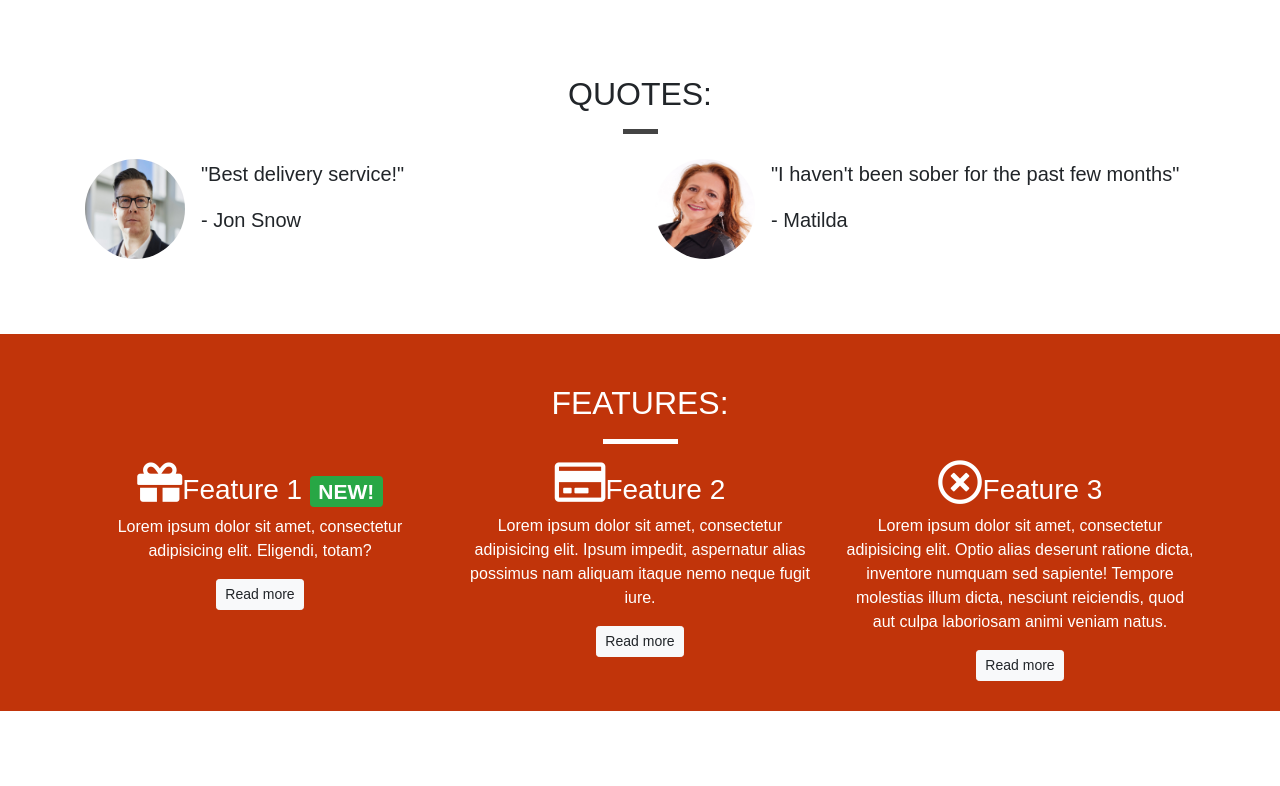
Repository: mkuti/Whiskey_website_using_Bootstrap
Page: index.html
The author's editor kept a record of every edit. The page is drawn from the files as they stood at one moment, then again after the next edit.
The browser window is 1280 px wide. The pictures show the part of the page from y = 720 to 1506 px (the page is 1506 px tall).
Backgrounds fixed to the window are drawn as part of the page. Some web fonts or font styles are not loaded; a fallback is used. Some web libraries are served in a nearby version.

Above is the page before.

After the next edit:
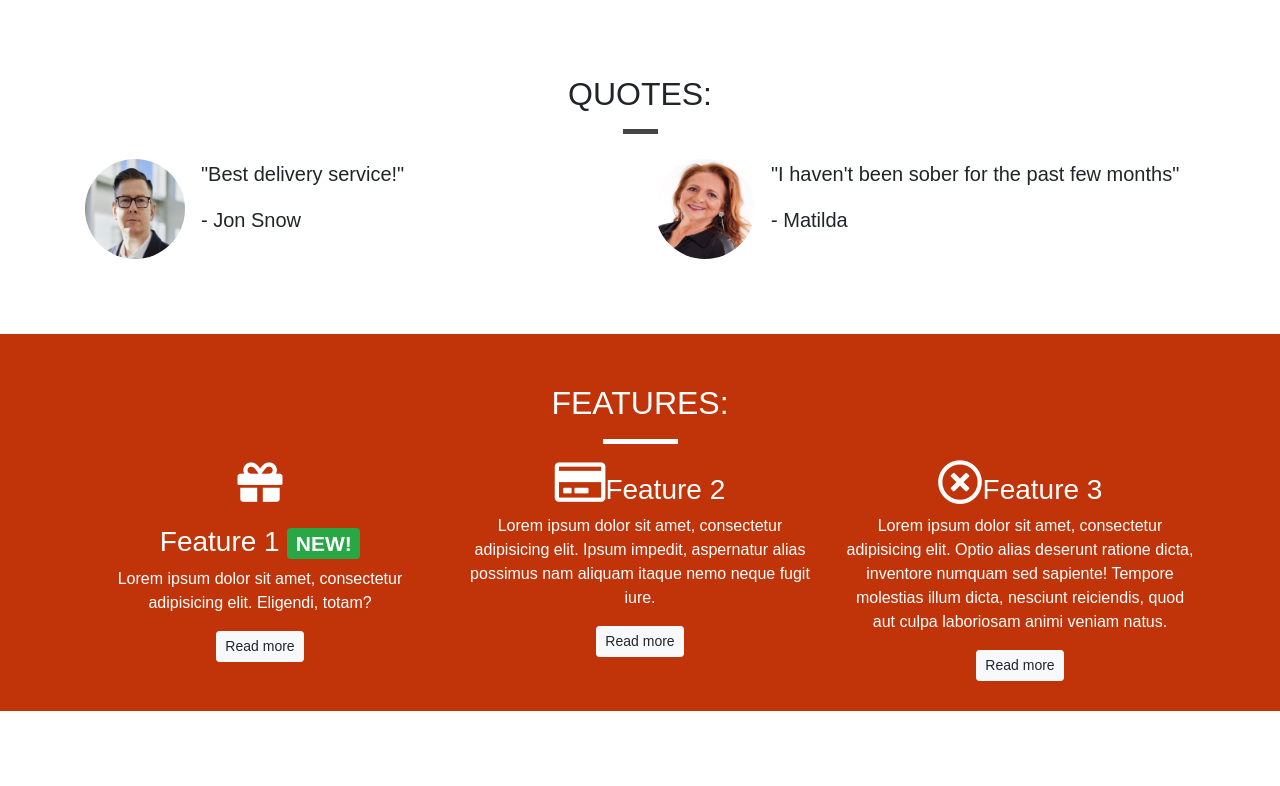
The edit:
--- a/index.html
+++ b/index.html
@@ -131,7 +131,7 @@
                 <div class="row">
                     <div class="col-12 col-md-6 col-lg-4">
                         <div class="feature">
-                            <h3><i class="fas fa-gift d-none d-sm-inline"></i>Feature 1 <span class="badge badge-success">NEW!</span></h3>
+                            <h3><i class="fas fa-gift d-none d-sm-block"></i>Feature 1 <span class="badge badge-success">NEW!</span></h3>
                             <p>Lorem ipsum dolor sit amet, consectetur adipisicing elit. Eligendi, totam?</p>
                             <p><a class="btn btn-sm btn-light" href="">Read more</a></p>
                         </div>
